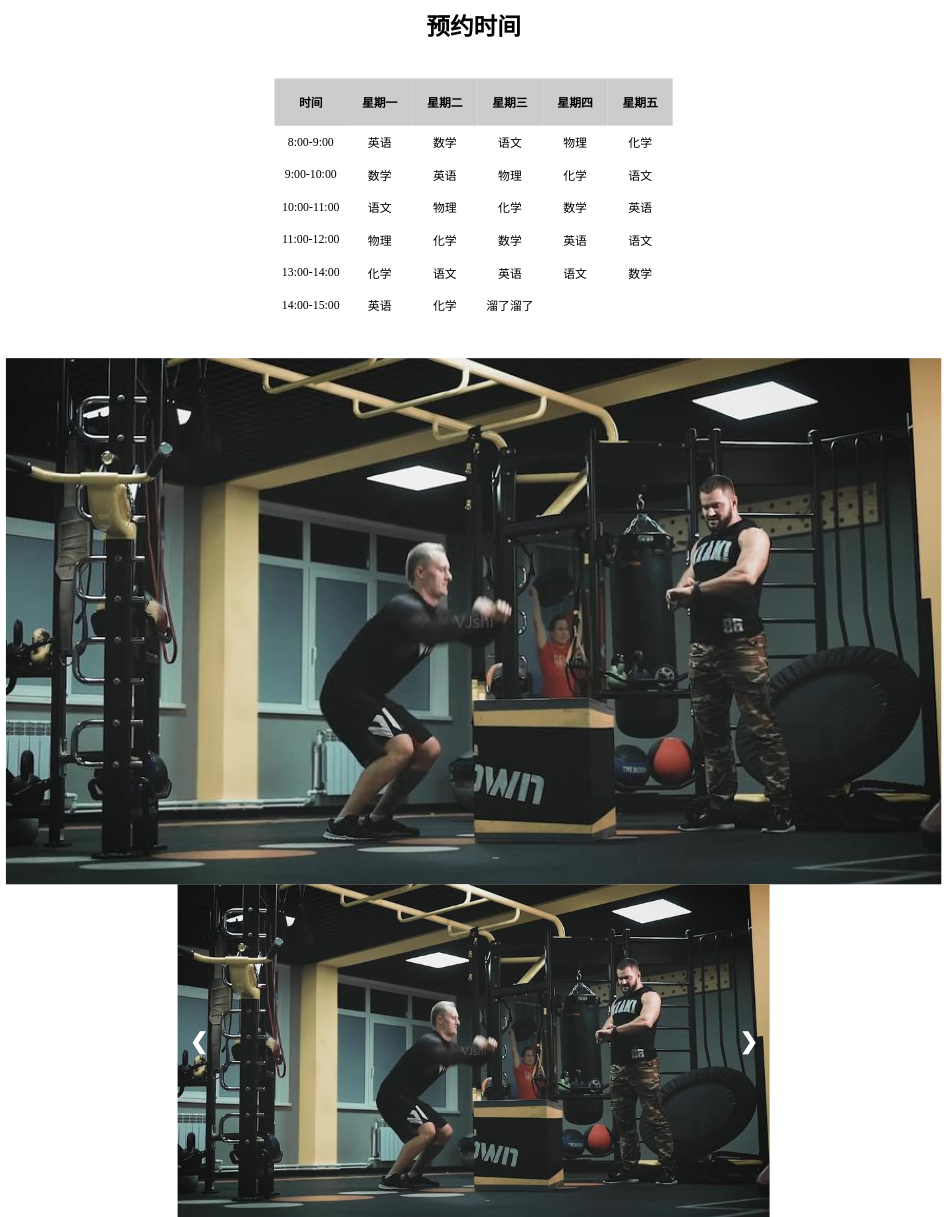
Repository: wupeng6666/Sports-Hall-Booking-System
Page: LearingDjango/app01/templates/yuyue.html
The author's editor kept a copy of each file at every save. The page is drawn from the files as they stood at one save, then again after the next save.
The browser window is 1280 px wide. The pictures show the whole page, at 74% of full size.
The template is drawn by Django 4.2. The application's start-up code is not run. Other server files are loaded and not shown. The template is opened directly, without the code that normally fills it, so the values that code supplies are empty.

Above is the page before, as saved 2023-06-07 00:17:21.
Not found: static/img/游泳.jpg

### LearingDjango/app01/templates/yuyue.html
<!-- {% load static %} -->
<html lang="en">




<head>
    <meta charset="UTF-8">
    <title>课表</title>
    {% load static %}
</head>
<style>
    h1 {
        text-align: center;
        margin-top: 10px;
    }

    table {
        margin: 50px auto;
        border-collapse: collapse;
    }

    th {
        background-color: #ccc;
        font-weight: bold;
        padding: 20px;
    }

    td {
        text-align: center;
        padding: 10px;
    }

    .course {
        cursor: pointer;
        background-color: #fff;
    }

    .course:hover {
        background-color: #f7f7f7;
    }

    /* 轮播图 */
    .slideshow-container {
        position: relative;
        margin: auto;
        height: 400px;
        width: 800px;
    }

    .mySlides {
        display: none;
        position: absolute;
        width: 100%;
        height: 100%;
    }

    .prev,
    .next {
        position: absolute;
        top: 50%;
        width: auto;
        margin-top: -22px;
        padding: 16px;
        color: white;
        font-weight: bold;
        font-size: 30px;
        transition: 0.6s ease;
        border-radius: 0 3px 3px 0;
        cursor: pointer;
    }

    .prev {
        left: 0;
        border-radius: 3px 0 0 3px;
    }

    .next {
        right: 0;
        border-radius: 3px 0 0 3px;
    }

    .prev:hover,
    .next:hover {
        background-color: rgba(0, 0, 0, 0.8);
    }

    .fade {
        animation-name: fade;
        animation-duration: 1.5s;
    }

    @keyframes fade {
        from {
            opacity: .4
        }

        to {
            opacity: 1
        }
    }
</style>

<body>
    {% load static %}
    <h1>预约时间</h1>
    <table>
        <thead>
            <tr>
                <th>时间</th>
                <th>星期一</th>
                <th>星期二</th>
                <th>星期三</th>
                <th>星期四</th>
                <th>星期五</th>
            </tr>
        </thead>
        <tbody>
            <tr>
                <td>8:00-9:00</td>
                <td class="course" id="monday1">英语</td>
                <td class="course" id="tuesday1">数学</td>
                <td class="course" id="wednesday1">语文</td>
                <td class="course" id="thursday1">物理</td>
                <td class="course" id="friday1">化学</td>
            </tr>
            <tr>
                <td>9:00-10:00</td>
                <td class="course" id="monday2">数学</td>
                <td class="course" id="tuesday2">英语</td>
                <td class="course" id="wednesday2">物理</td>
                <td class="course" id="thursday2">化学</td>
                <td class="course" id="friday2">语文</td>
            </tr>
            <tr>
                <td>10:00-11:00</td>
                <td class="course" id="monday3">语文</td>
                <td class="course" id="tuesday3">物理</td>
                <td class="course" id="wednesday3">化学</td>
                <td class="course" id="thursday3">数学</td>
                <td class="course" id="friday3">英语</td>
            </tr>
            <tr>
                <td>11:00-12:00</td>
                <td class="course" id="monday4">物理</td>
                <td class="course" id="tuesday4">化学</td>
                <td class="course" id="wednesday4">数学</td>
                <td class="course" id="thursday4">英语</td>
                <td class="course" id="friday4">语文</td>
            </tr>
            <tr>
                <td>13:00-14:00</td>
                <td class="course" id="monday5">化学</td>
                <td class="course" id="tuesday5">语文</td>
                <td class="course" id="wednesday5">英语</td>
                <td class="course" id="thursday5">语文</td>
                <td class="course" id="friday5">数学</td>
            </tr>
            <tr>
                <td>14:00-15:00</td>
                <td class="course" id="monday6">英语</td>
                <td class="course" id="tuesday6">化学</td>
                <td class="course" id="wednesday6">溜了溜了</td>
            </tr>
        </tbody>
    </table>
    <img src="{% static '../static/img/健身.jpg' %}" style="width:100%" >
    <div class="slideshow-container">
        <div class="mySlides fade">
            <img src="{% static '../static/img/健身.jpg' %}" style="width:100%" >
        </div>

        <div class="mySlides fade">
            <img src="{% static '../static/img/游泳.jpg' %}" style="width:100%" >
        </div>

        <div class="mySlides fade">
            <img src=src="{% static '../static/img/羽毛球.jpg' %}" style="width:100%">
        </div>

        <a class="prev" onclick="plusSlides(-1)">&#10094;</a>
        <a class="next" onclick="plusSlides(1)">&#10095;</a>
    </div>


</body>
<script>
    // 获取所有课程格子
    var courses = document.querySelectorAll('.course');

    // 遍历课程格子并添加点击事件
    courses.forEach(function (course) {
        course.addEventListener('click', function () {
            var courseName = this.innerHTML;
            alert('你点击了课程：' + courseName);
        });
    });

    //轮播图
    var slideIndex = 1;
    showSlides(slideIndex);

    function plusSlides(n) {
        showSlides(slideIndex += n);
    }

    function currentSlide(n) {
        showSlides(slideIndex = n);
    }

    function showSlides(n) {
        var i;
        var slides = document.getElementsByClassName("mySlides");
        if (n > slides.length) { slideIndex = 1 }
        if (n < 1) { slideIndex = slides.length }
        for (i = 0; i < slides.length; i++) {
            slides[i].style.display = "none";
        }
        slides[slideIndex - 1].style.display = "block";
    }

    var prevBtn = document.querySelector('.prev');
    var nextBtn = document.querySelector('.next');

    prevBtn.addEventListener('click', function () {
        plusSlides(-1);
    });

    nextBtn.addEventListener('click', function () {
        plusSlides(1);
    });


</script>

After the next save:
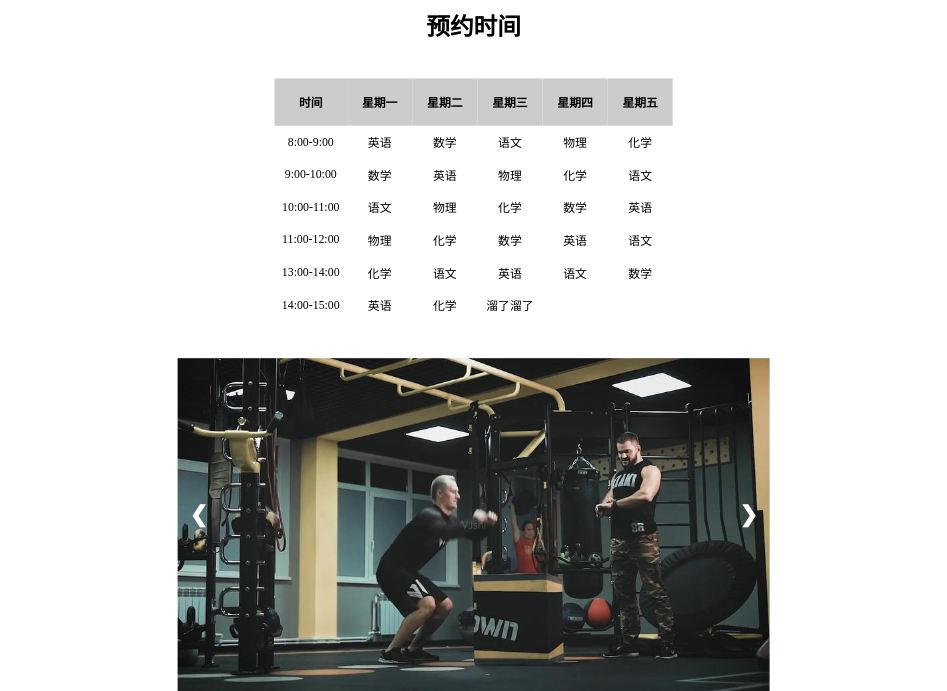
Saved 16 s later.
--- a/LearingDjango/app01/templates/yuyue.html
+++ b/LearingDjango/app01/templates/yuyue.html
@@ -164,7 +164,6 @@
             </tr>
         </tbody>
     </table>
-    <img src="{% static '../static/img/健身.jpg' %}" style="width:100%" >
     <div class="slideshow-container">
         <div class="mySlides fade">
             <img src="{% static '../static/img/健身.jpg' %}" style="width:100%" >
